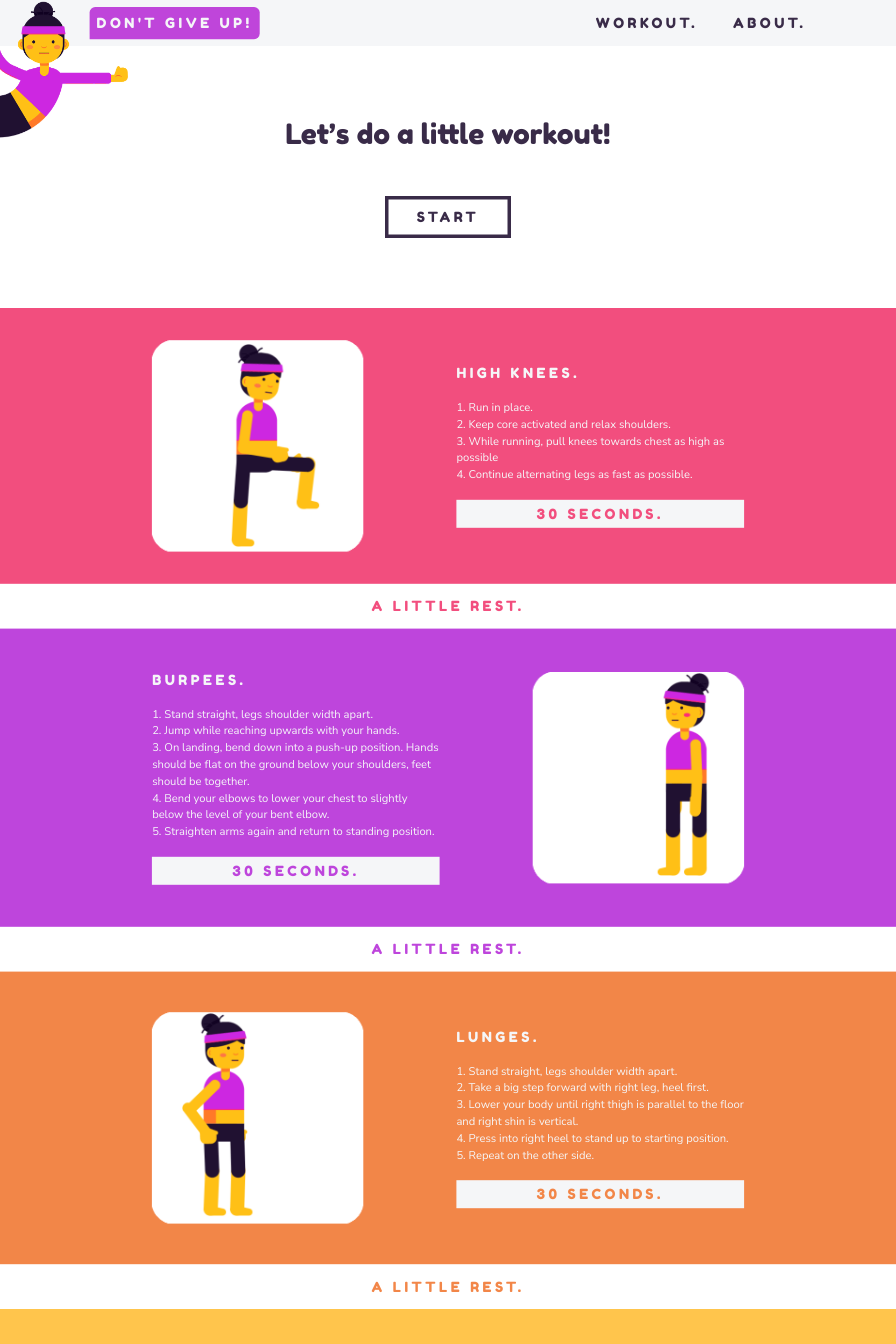
Repository: alittlejess/alittleworkout
Page: workout.html
The author's editor kept a record of every edit. The page is drawn from the files as they stood at one moment, then again after the next edit.
The browser window is 1280 px wide. The pictures show the part of the page from y = 0 to 1920 px (the page is 3127 px tall before and 3160 px after), at 70% of full size.

Above is the page before.

After the next edit:
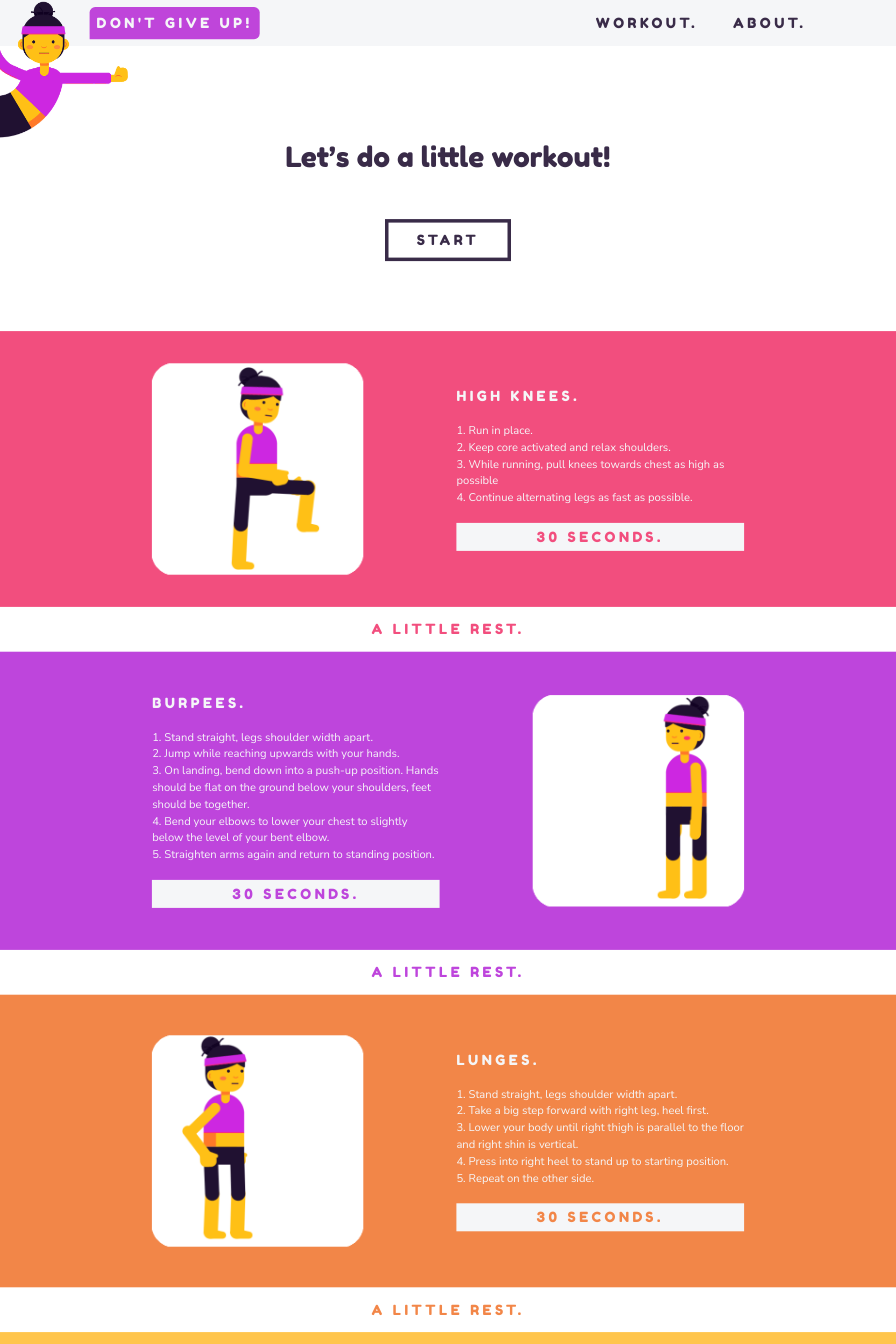
The edit:
--- a/workout.html
+++ b/workout.html
@@ -34,21 +34,23 @@
 
 		<!-- ============ POPUP ============ -->
 		<div id="popup_Container">
+			<div id="ph" class="popupClose">
+				<img src="ic_close.svg" />
+			</div>
 			<div id="popup" class="popupOff">
-		    <div class="popupClose">
-						  <img src="ic_close.svg" />
-		    </div>
-		    <div class="popup">
-		      <img src="workout_done.gif" />
-		      <h1>
-		        You did it!
-		      </h1>
-		      <p>
-		        10 minutes of cardio is a great place start! As this gets easier, try to add more reps or try harder exercises!
-		      </p>
-		    </div>
-		  </div>
-		  <div id="popup_deadarea" class="popupOff"><!-- this gets turned on/off --></div>
+				<div class="popup">
+					<img src="workout_done.gif" />
+					<h1>
+						You did it!
+					</h1>
+					<p>
+						10 minutes of cardio is a great place start! As this gets easier, try to add more reps or try harder exercises!
+					</p>
+				</div>
+			</div>
+			<div id="popup_deadarea" class="popupOff">
+				<!-- this gets turned on/off -->
+			</div>
 		</div>
 
 

After the 2 edits that followed:
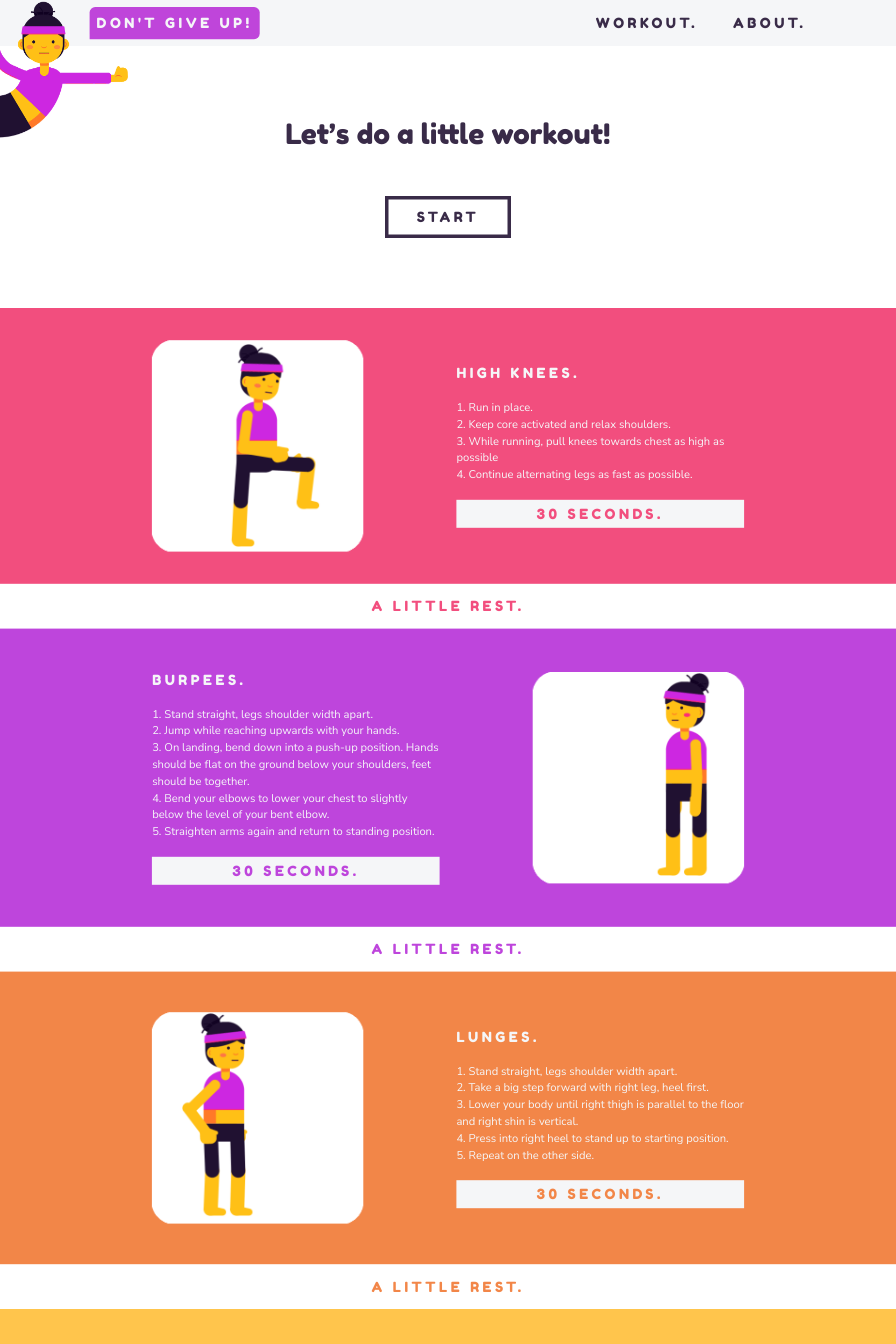
The 2 edits are shown as one change because 1 left the picture as it was.
The edit:
--- a/workout.html
+++ b/workout.html
@@ -34,9 +34,6 @@
 
 		<!-- ============ POPUP ============ -->
 		<div id="popup_Container">
-			<div id="ph" class="popupClose">
-				<img src="ic_close.svg" />
-			</div>
 			<div id="popup" class="popupOff">
 				<div class="popup">
 					<img src="workout_done.gif" />
@@ -47,6 +44,7 @@
 						10 minutes of cardio is a great place start! As this gets easier, try to add more reps or try harder exercises!
 					</p>
 				</div>
+				<button class="popupClose">Close</button>
 			</div>
 			<div id="popup_deadarea" class="popupOff">
 				<!-- this gets turned on/off -->
